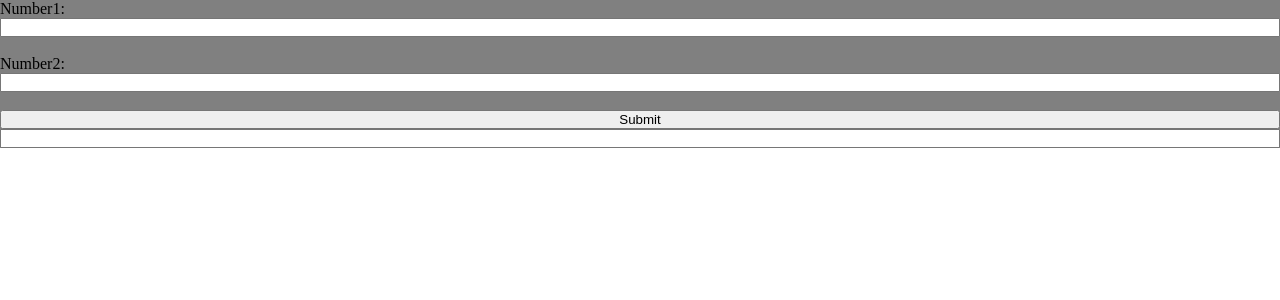
Repository: Nanda-Hari-Reddy/YouTube-Clone
Page: http://localhost/Demo/
These files come from the project's save history. The page is drawn as it stood at one moment and after the next save; the edit follows.
The browser window is 1280 px wide. The pictures show the whole page.
The page is served by Tomcat 9. Other server files are loaded and not shown.

Above is the page before, as saved 2023-11-01 05:26:36.

### MDB-Free_4.20.0/SERVELETS/Demo/src/main/webapp/index.jsp
<html>
<head>
	<style>
		*
		{
			margin: 0px;
			box-sizing: border-box;
			padding: 0px;
		}
			form
			{
				background-color:grey;
				margin-bottom: 10px;
				display: flex;
				flex-direction:column;
				place-content:center;
			}
	</style>
<body>
<form action="add">
	Number1: <input type="text" name="one"><br>
	Number2: <input type="text" name="two"><br>
	<input type="submit">
	<input type="text" name="result">
</form>

</body>
</head>
</html>

After the next save:
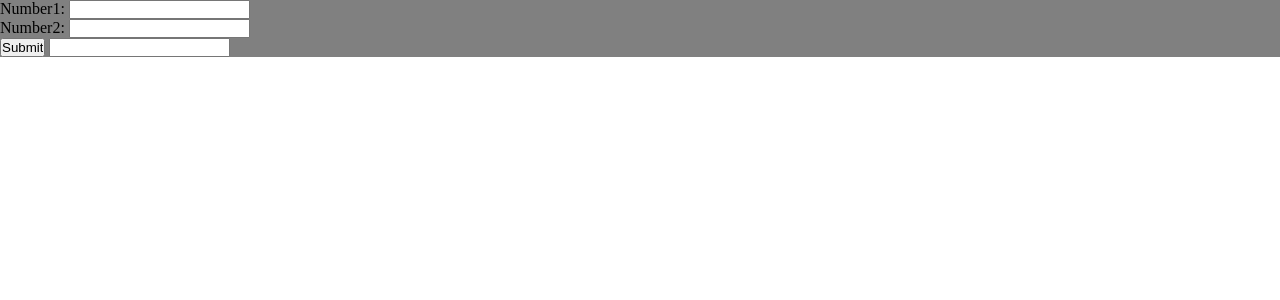
Saved 62 s later.
--- a/MDB-Free_4.20.0/SERVELETS/Demo/src/main/webapp/index.jsp
+++ b/MDB-Free_4.20.0/SERVELETS/Demo/src/main/webapp/index.jsp
@@ -7,7 +7,7 @@
 			box-sizing: border-box;
 			padding: 0px;
 		}
-			form
+			div
 			{
 				background-color:grey;
 				margin-bottom: 10px;
@@ -17,13 +17,14 @@
 			}
 	</style>
 <body>
-<form action="add">
-	Number1: <input type="text" name="one"><br>
-	Number2: <input type="text" name="two"><br>
-	<input type="submit">
-	<input type="text" name="result">
-</form>
-
+	<div>
+	<form action="add">
+		Number1: <input type="text" name="one"><br>
+		Number2: <input type="text" name="two"><br>
+		<input type="submit">
+		<input type="text" name="result">
+	</form>
+	</div>
 </body>
 </head>
 </html>

After the save that followed:
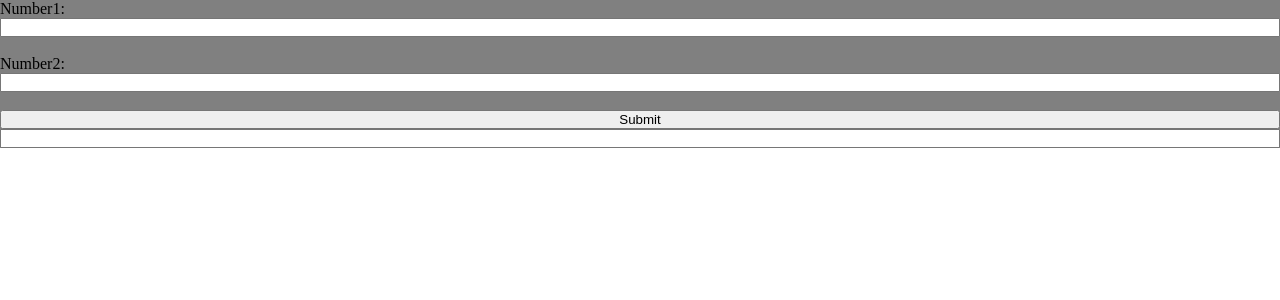
Saved 55 s later.
--- a/MDB-Free_4.20.0/SERVELETS/Demo/src/main/webapp/index.jsp
+++ b/MDB-Free_4.20.0/SERVELETS/Demo/src/main/webapp/index.jsp
@@ -17,14 +17,16 @@
 			}
 	</style>
 <body>
+
+	<form action="add">
 	<div>
-	<form action="add">
 		Number1: <input type="text" name="one"><br>
 		Number2: <input type="text" name="two"><br>
 		<input type="submit">
 		<input type="text" name="result">
+		</div>
 	</form>
-	</div>
+
 </body>
 </head>
 </html>
